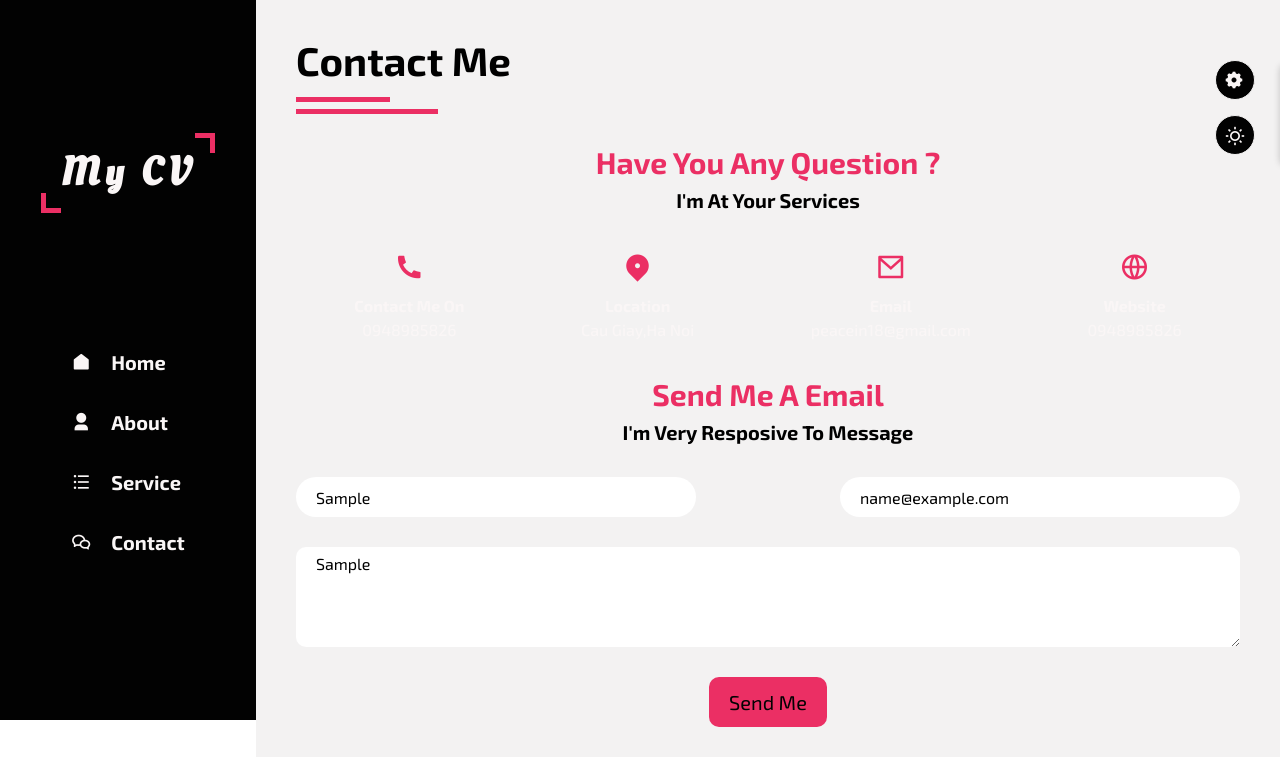
Repository: kien181999/First-Project
Page: index.html
An editor plug-in stored every save of this project. The page is shown before and after the next save, followed by the edit.
The browser window is 1280 px wide. The pictures show the whole page.
Empty fields were first filled with sample values (such as "Sample", 5 or name@example.com).
After loading, the first visible `div.day-night` was clicked once.
The style sheet was rebuilt from its Sass, Less or Tailwind sources for each picture, by a compiler version that may differ from the author's.

Above is the page before, as saved 2022-06-04 16:38:15.

After the next save:
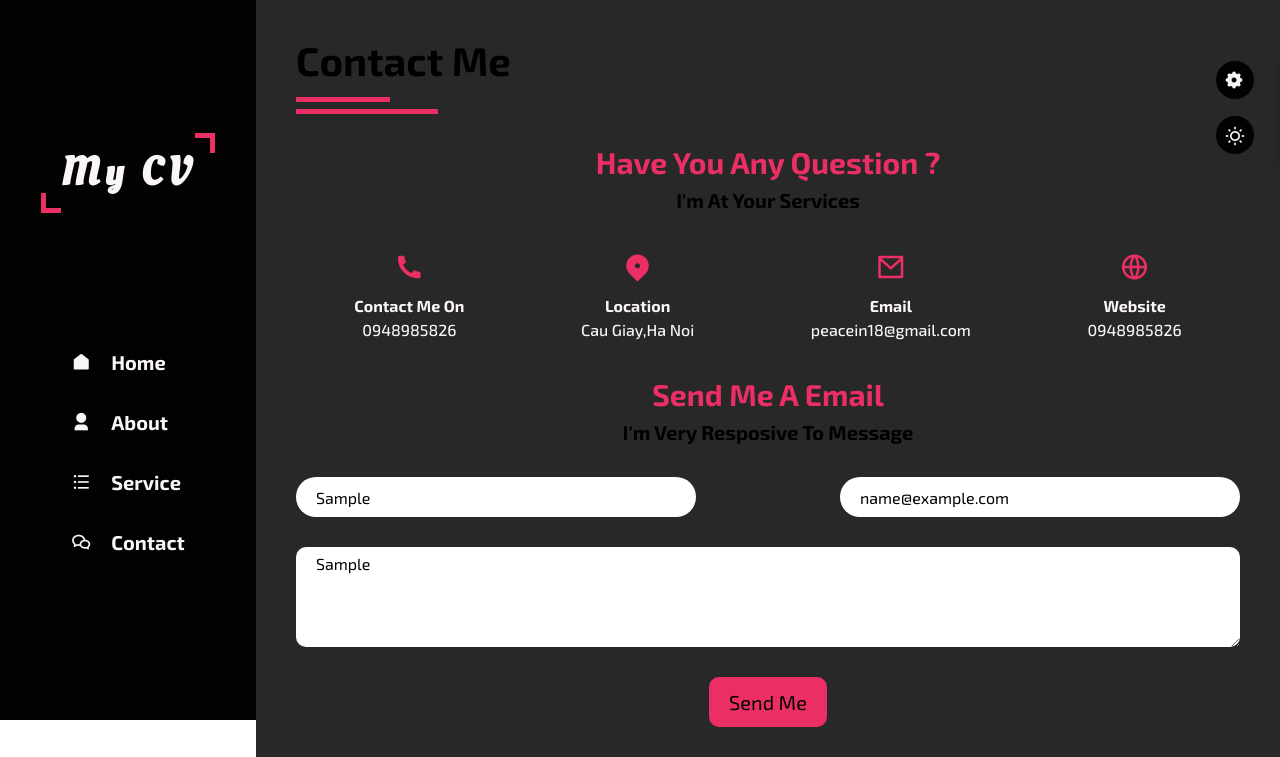
Saved 20 s later.
--- a/sass/_base.scss
+++ b/sass/_base.scss
@@ -23,7 +23,7 @@ body.dark{
     --light-black-color: #333;
     --white-color: rgb(2, 2, 2);
     --light-grey-color-1: #666;
-    --light-grey-color-2: rgb(243, 242, 242);
+    --light-grey-color-2: rgb(41, 40, 40);
     --pink-color: #eb2f64;
 }
 
